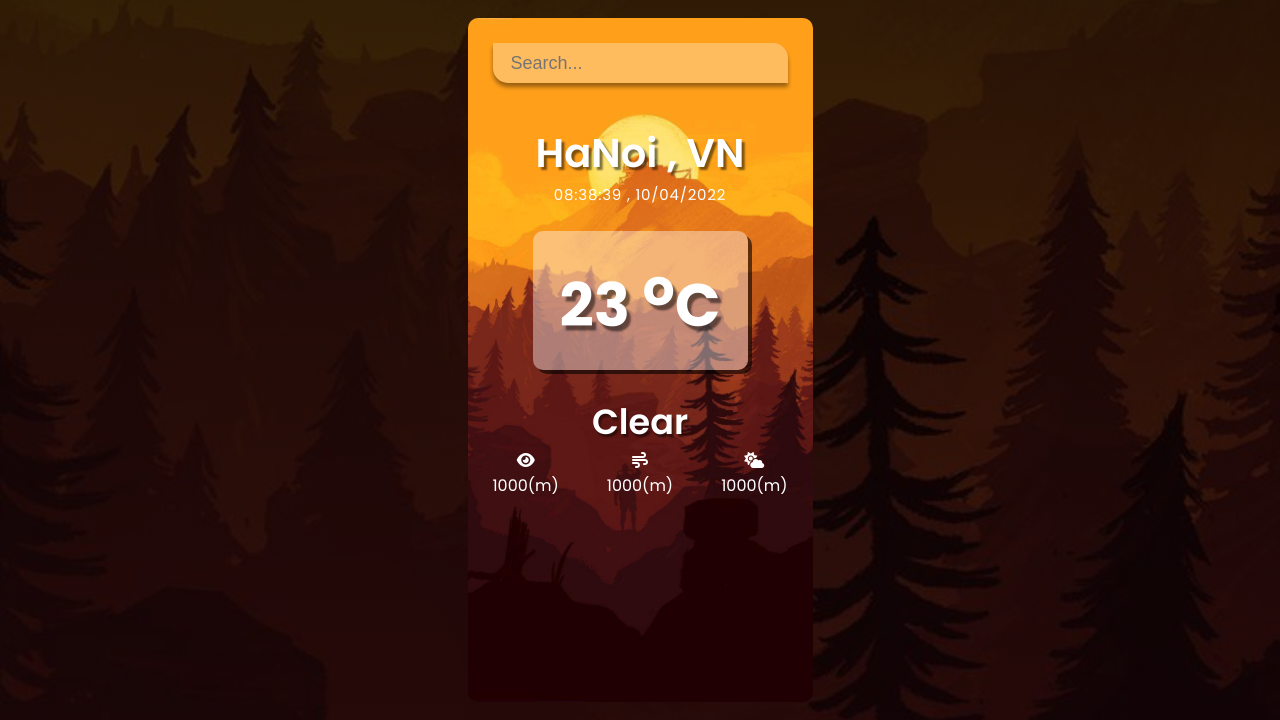
Repository: NguyenDuc-Huy/API_WEATHER
Page: index.html
These files come from the project's save history. The page is drawn as it stood at one moment and after the next save; the edit follows.
The browser window is 1280 px wide. The pictures show the whole page.
Some web libraries are served in a nearby version.

Above is the page before, as saved 2022-04-10 15:53:13.

After the next save:
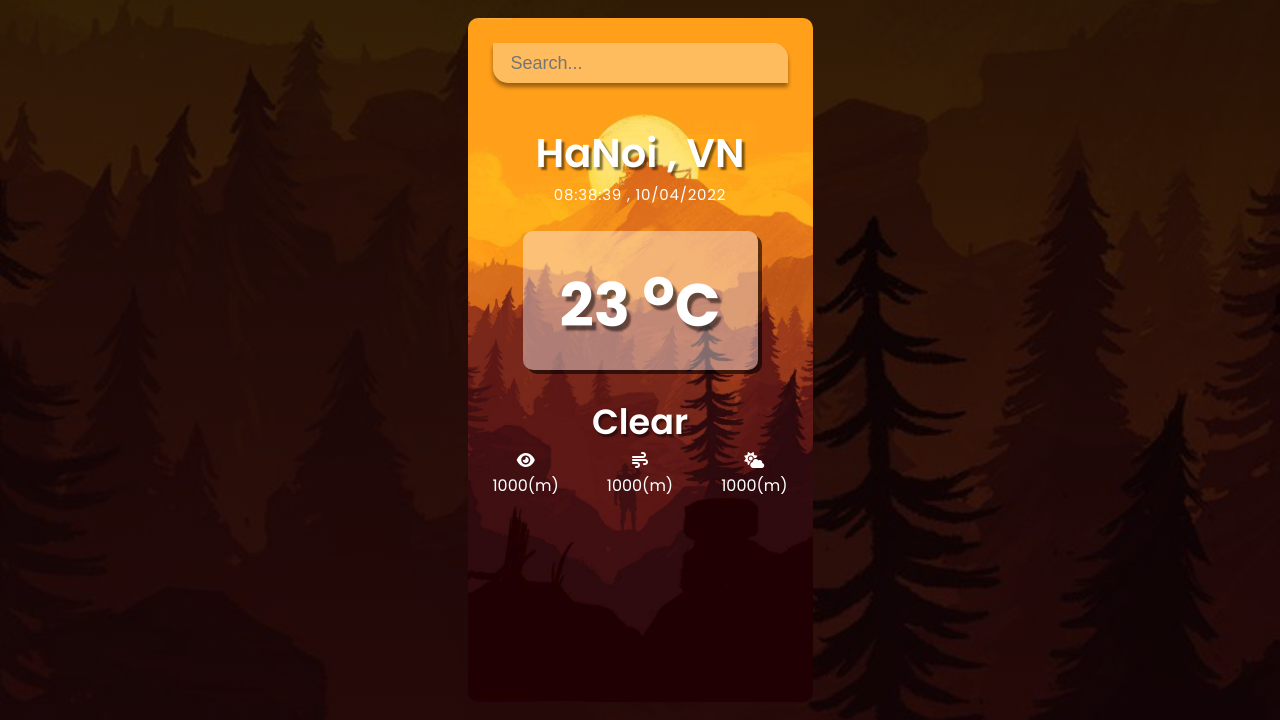
Saved 38 s later.
--- a/style.css
+++ b/style.css
@@ -57,7 +57,7 @@
 }
 .temperature {
   font-size: 60px;
-  margin: 25px 40px;
+  margin: 25px 30px;
   background-color: rgba(255, 255, 255, 0.4);
   box-shadow: 4px 4px rgba(0, 0, 0, 0.6);
   padding: 20px 25px;
